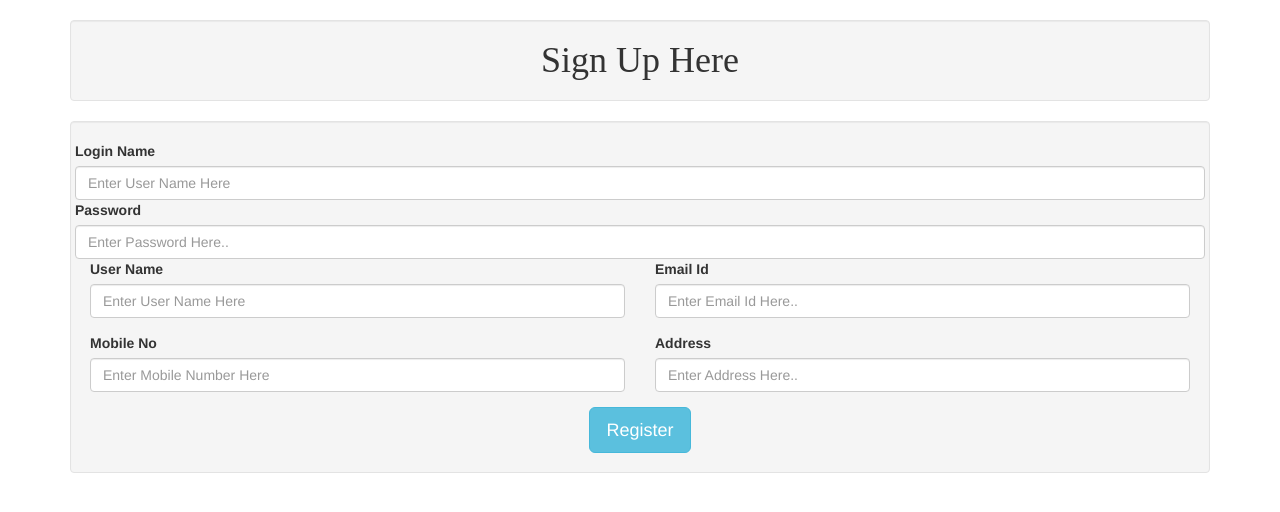
Repository: ManaliSant/Project-2-
Page: InteractionFrontEnd/WebContent/web/c_user/SignUp.html
An editor plug-in stored every save of this project. The page is shown before and after the next save, followed by the edit.
The browser window is 1280 px wide. The pictures show the whole page.

Above is the page before, as saved 2018-12-12 11:36:15.

### InteractionFrontEnd/WebContent/web/c_user/SignUp.html
<!DOCTYPE html>
<html lang="en">
<head>
  <title>LoginPage</title>
  <meta charset="utf-8">
  <meta name="viewport" content="width=device-width, initial-scale=1">
  <link rel="stylesheet" href="https://maxcdn.bootstrapcdn.com/bootstrap/3.3.7/css/bootstrap.min.css">
  <script src="https://ajax.googleapis.com/ajax/libs/jquery/3.3.1/jquery.min.js"></script>
  <script src="https://maxcdn.bootstrapcdn.com/bootstrap/3.3.7/js/bootstrap.min.js"></script>
</head>

<div class="container" ng-controller="UserController">

	<h1 class="well">
		<center>
			<font face="Monotype Corsiva">Sign Up Here</font>
		</center>
	</h1>

	<div class="col-lg-12 well">
		<div class="row">
			<form>
				<div class="col-sm-12">
					<div class="row">
						<div >
							<label>Login Name</label> <input type="text" name="loginname"
								ng-model="User.loginname" placeholder="Enter User Name Here"
								ng-model="user.loginname" class="form-control">
						</div>
						<div >
							<label>Password</label> <input type="password" name="password"
								ng-model="User.password" placeholder="Enter Password Here.."
								ng-model="user.password" class="form-control">
						</div>
					</div>
					<div class="row">
						<div class="col-sm-6 form-group">
							<label>User Name</label> <input type="text" name="username"
								ng-model="User.username" placeholder="Enter User Name Here"
								ng-model="user.username" class="form-control">
						</div>
						<div class="col-sm-6 form-group">
							<label>Email Id</label> <input type="email" name="emailid"
								ng-model="User.emailid" placeholder="Enter Email Id Here.."
								ng-model="user.emailid" class="form-control">
						</div>
					</div>

					<div class="row">
						<div class="col-sm-6 form-group">
							<label>Mobile No</label> <input type="text" name="mobileno"
								ng-model="User.mobileno" placeholder="Enter Mobile Number Here"
								ng-model="user.mobileno" class="form-control">
						</div>
						<div class="col-sm-6 form-group">
							<label>Address</label> <input type="text" name="address"
								ng-model="User.address" placeholder="Enter Address Here.."
								ng-model="user.address" class="form-control">
						</div>
					</div>

					<center>
						<input type="submit" value="Register" class="btn btn-lg btn-info" ng-click="register()" />
					</center>
				</div>
			</form>
		</div>
	</div>
</div>
</html>

After the next save:
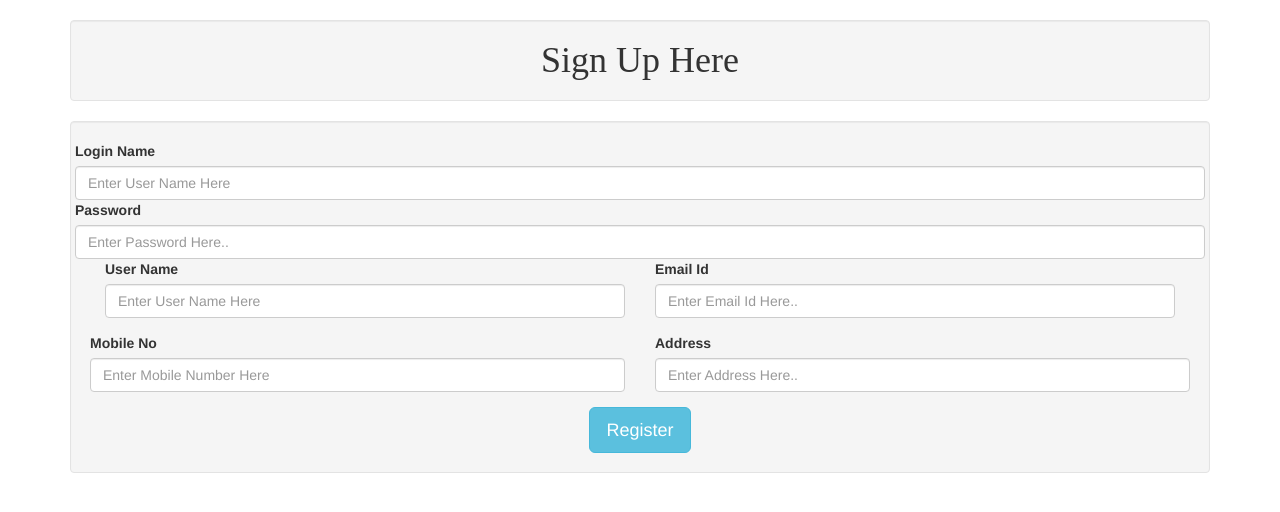
Saved 6 s later.
--- a/InteractionFrontEnd/WebContent/web/c_user/SignUp.html
+++ b/InteractionFrontEnd/WebContent/web/c_user/SignUp.html
@@ -33,7 +33,7 @@
 								ng-model="user.password" class="form-control">
 						</div>
 					</div>
-					<div class="row">
+					<div >
 						<div class="col-sm-6 form-group">
 							<label>User Name</label> <input type="text" name="username"
 								ng-model="User.username" placeholder="Enter User Name Here"
